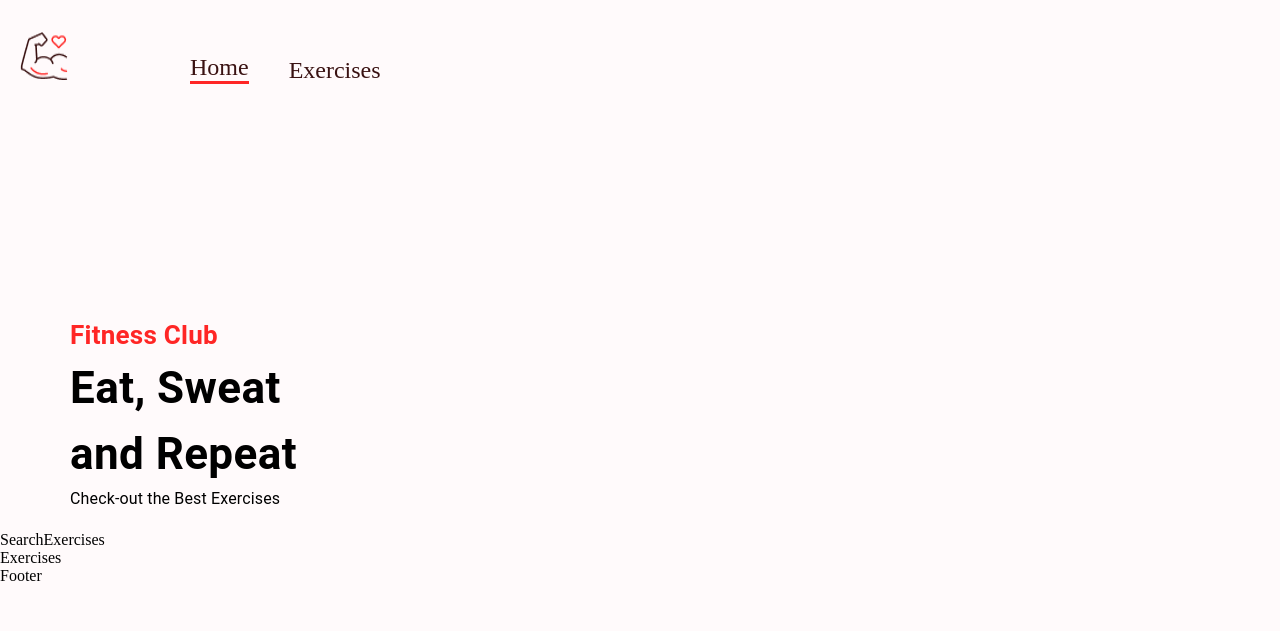
Repository: remydev47/fitness-center
Page: /
An editor plug-in stored every save of this project. The page is shown before and after the next save, followed by the edit.
The browser window is 1280 px wide. The pictures show the whole page.
The project was rebuilt for these pictures with package versions that can differ from the ones it lists, and the page was loaded fresh each time. Also part of the build but not shown: src/pages/ExerciseDetail.js.

Above is the page before, as saved 2022-07-26 00:16:52.

### src/index.js
import React from 'react'
import ReactDOM from  'react-dom'
import { BrowserRouter } from 'react-router-dom'

import App from './App'

const root = ReactDOM.createRoot(document.getElementById('root'))

root.render(
    <BrowserRouter>
      <App/>
    </BrowserRouter>
)

### src/App.js
import React from 'react'
import { Route, Routes } from 'react-router-dom';
import { Box } from '@mui/material'

import './App.css'
import Navbar from './components/Navbar';
import Footer from './components/Footer'
import Home from './pages/Home';
import ExerciseDetail from './pages/ExerciseDetail';

const App = () => {
  return (
    <Box>
      <Navbar />
      <Routes>
        <Route path="/"  element={<Home />}/>
        <Route path="/exercise/:id"  element={<ExerciseDetail />}/>
      </Routes>
      <Footer />
    </Box>
  )
}

export default App

### src/components/Navbar.js
import React from 'react'
import { Link } from 'react-router-dom';
import { Stack } from '@mui/material'
import Logo from '../assets/images/Logo.png'

const Navbar = () => {
  return (
    <Stack
     direction="row"
     justifyContent="space-around"
     sx={{ gap: { sm: '122px', xs: '40px'}, mt: { sm: '32px', xs:'20px'}, justifyContent: 'none'}}
     px="20px"
    >
        <Link to="/">
            <img
               src={Logo}
               alt="logo"
               style={{
                width:'48px',
                height:'48px',
                margin: '0, 20px'
               }}
            />
        </Link>
        <Stack
            direction="row"
            gap="40px"
            fontSize="24px"
            alignItems="flex-end"
        >
            <Link to="/" style={{
                textDecoration:"none",
                color:"#3A1212",
                borderBottom: '3px solid #FF2625'
            }}
            >
                Home
            </Link>
            <a href="#exercises" style={{ textDecoration:"none", color:"#3A1212"}}>Exercises</a>
        </Stack>
    </Stack>
  )
}

export default Navbar

### src/pages/Home.js
import React, { useState } from 'react';
import { Box } from '@mui/material'
import HeaderBanner from '../components/HeaderBanner';
import SearchExercises from '../components/SearchExercises';
import Exercises from '../components/Exercises';

const Home = () => {
  return (
    <Box>
        <HeaderBanner />
        <SearchExercises />
        <Exercises />
    </Box>
  )
}

export default Home

### src/components/HeaderBanner.js
import React from 'react';
import { Box, Stack, Typography } from '@mui/material';
import banner from '../assets/images/banner.png';

const HeaderBanner = () => {
  return (
    <Box
      sx={{
        mt:{ lg: '212px', xs: '70px'},
        ml: { sm: '50px'}
      }}
      position="relative"
      p="20px"
    >
        <Typography
          color="#FF2625"
          fontSize="26px"
          fontWeight="600"
        >
            Fitness Club
        </Typography>
        <Typography
          fontWeight={700}
          sx={{
             fontSize: { lg:'44px', xs: '40px'}
          }}
        >
            Eat, Sweat <br/>and Repeat
        </Typography>
        <Typography>
            Check-out the Best Exercises
        </Typography>
    </Box>
  )
}

export default HeaderBanner

Loaded but not shown: public/index.html (common file); src/App.css (common file); src/components/Footer.js (common file); src/components/SearchExercises.js (common file); src/components/Exercises.js (common file)

After the next save:
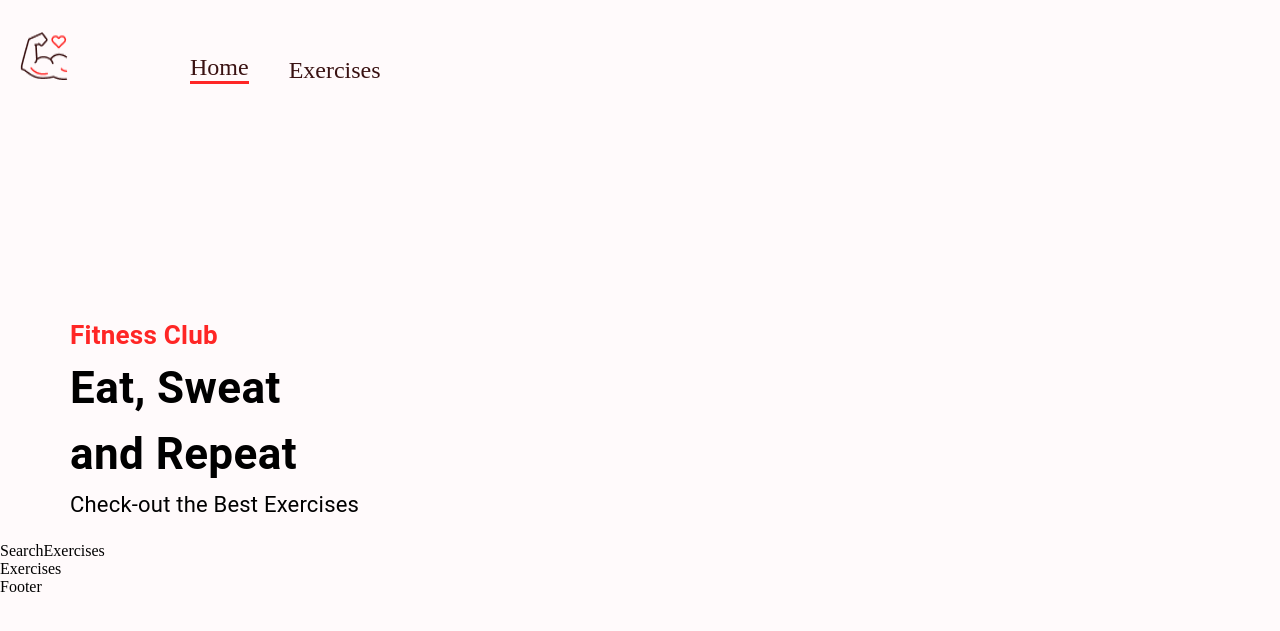
Saved 2 min 1 s later.
--- a/src/components/HeaderBanner.js
+++ b/src/components/HeaderBanner.js
@@ -27,7 +27,10 @@ const HeaderBanner = () => {
         >
             Eat, Sweat <br/>and Repeat
         </Typography>
-        <Typography>
+        <Typography
+         fontSize="22px"
+         lineHeight="35px"
+        >
             Check-out the Best Exercises
         </Typography>
     </Box>
